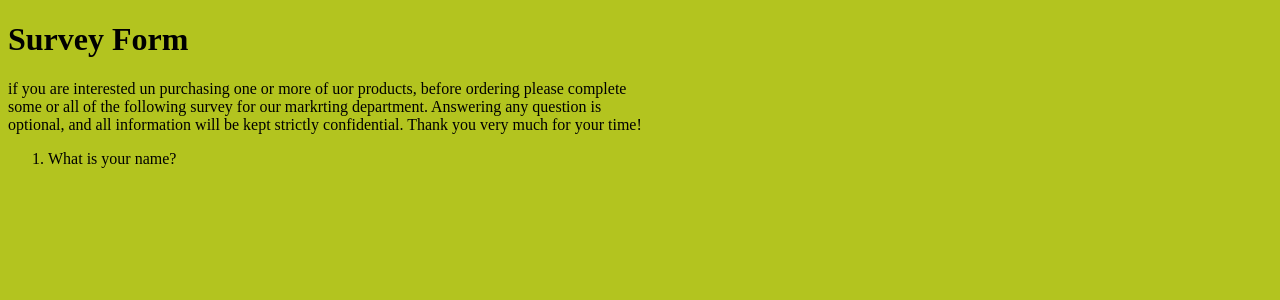
Repository: PhamChiXuan1/HTCNW_tuan3_DHCNTT16C_PhamChiXuan_20030131
Page: bt17.html
The author's editor kept a copy of each file at every save. The page is drawn from the files as they stood at one save, then again after the next save.
The browser window is 1280 px wide. The pictures show the whole page.

Above is the page before, as saved 2022-02-27 21:57:28.

### bt17.html
<!DOCTYPE html>
<html lang="en">
<head>
    <meta charset="UTF-8">
    <meta http-equiv="X-UA-Compatible" content="IE=edge">
    <meta name="viewport" content="width=device-width, initial-scale=1.0">
    <title>Document</title>
</head>
<body style="background-color: rgb(179, 196, 31);">
    <H1>Survey Form</H1>
    <P>if you are interested un purchasing one or more of uor products, before ordering please complete <br>some or all of the following survey for our markrting department. Answering any question is <br>optional, and all information will be kept strictly confidential. Thank you very much for your time!</P>
    <ol type="1">
        <li>What is your name?</li>
    </ol>


</body>
</html>

After the next save:
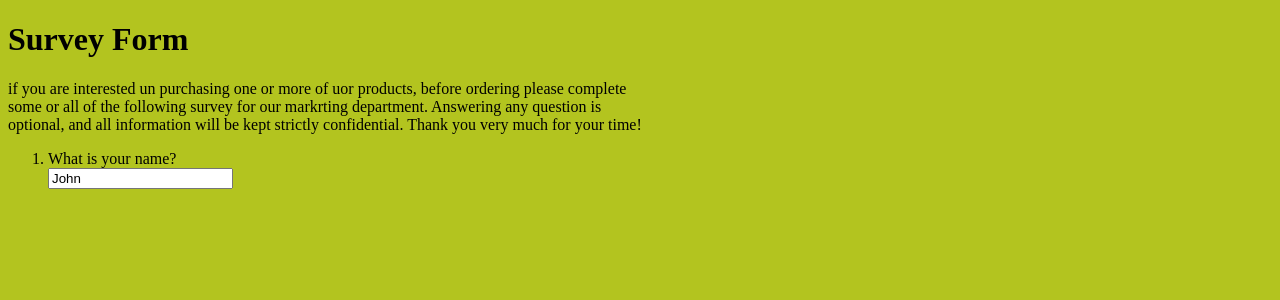
Saved 90 s later.
--- a/bt17.html
+++ b/bt17.html
@@ -11,6 +11,9 @@
     <P>if you are interested un purchasing one or more of uor products, before ordering please complete <br>some or all of the following survey for our markrting department. Answering any question is <br>optional, and all information will be kept strictly confidential. Thank you very much for your time!</P>
     <ol type="1">
         <li>What is your name?</li>
+        <form>
+            <input type="text" id="fname" name="fname" value="John"><br>
+        </form>
     </ol>
 
 
